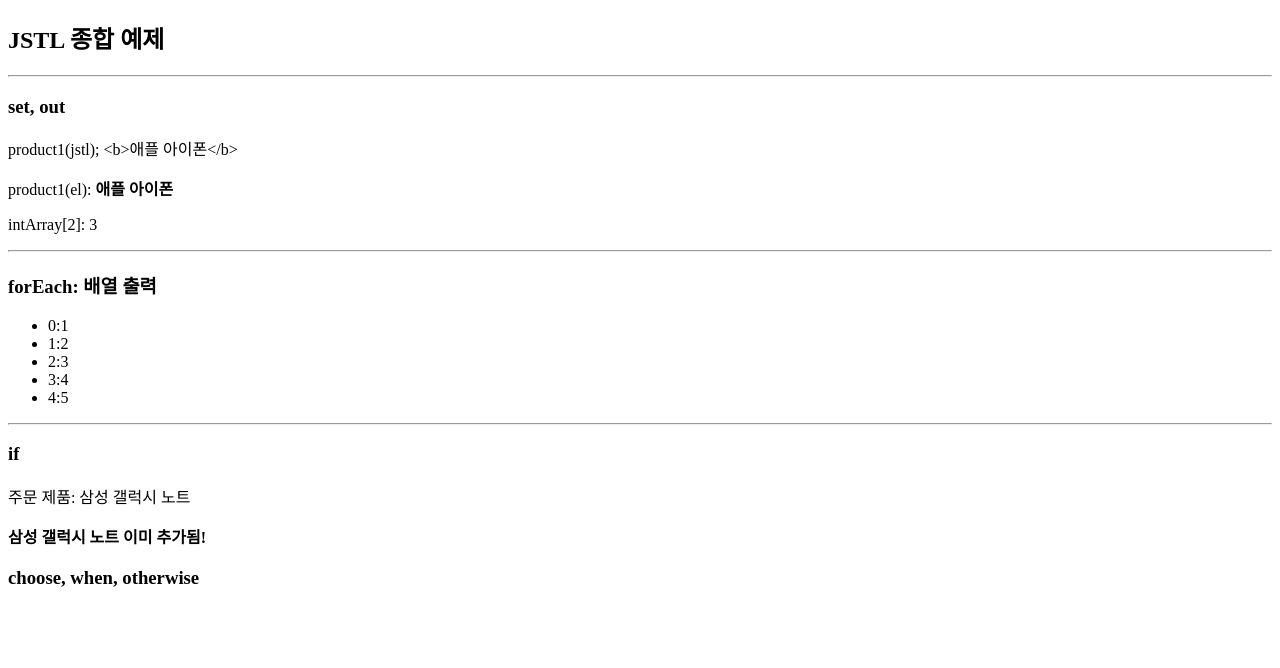
Repository: gold9387/jwbook
Page: http://localhost/jwbook/ch07/jstlExam.jsp
An editor plug-in stored every save of this project. The page is shown before and after a run of saves, followed by the edit.
The browser window is 1280 px wide. The pictures show the whole page.
The page is served by Tomcat 9.

Above is the page before, as saved 2023-06-06 08:36:22.

After the next 3 saves:
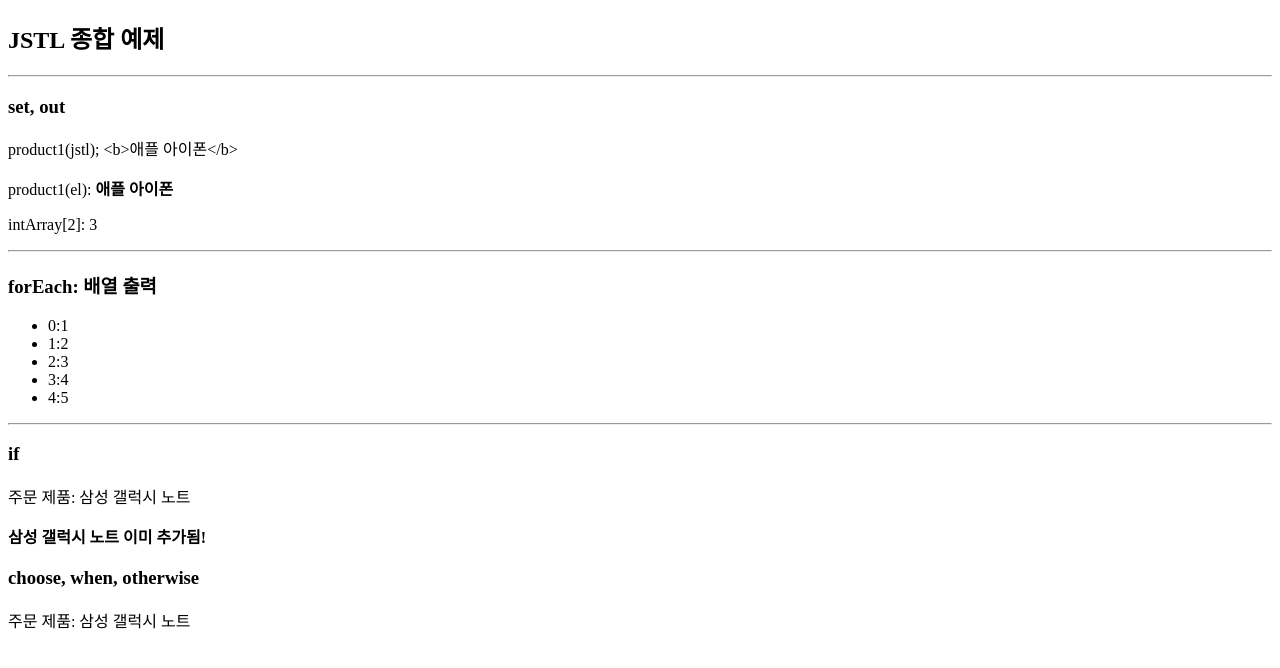
The 3 saves are shown as one change because they came seconds apart.
The last was saved 63 s later.
--- a/jwbook/src/main/webapp/ch07/jstlExam.jsp
+++ b/jwbook/src/main/webapp/ch07/jstlExam.jsp
@@ -40,12 +40,17 @@
 		<p>주문 제품이 아님!</p>
 	</c:if>
 
-	<c:if test="${!empty product2 }">
+	<c:if test="${!empty product2}">
 		<p>
 			<b>${product2} 이미 추가됨!</b>
 		</p>
 	</c:if>
 	<!-- choose, when, otherwise -->
 	<h3>choose, when, otherwise</h3>
+	<c:choose>
+		<c:when test="${checkout}">
+			<p>주문 제품: ${product2}</p>
+		</c:when>
+	</c:choose>
 </body>
 </html>
